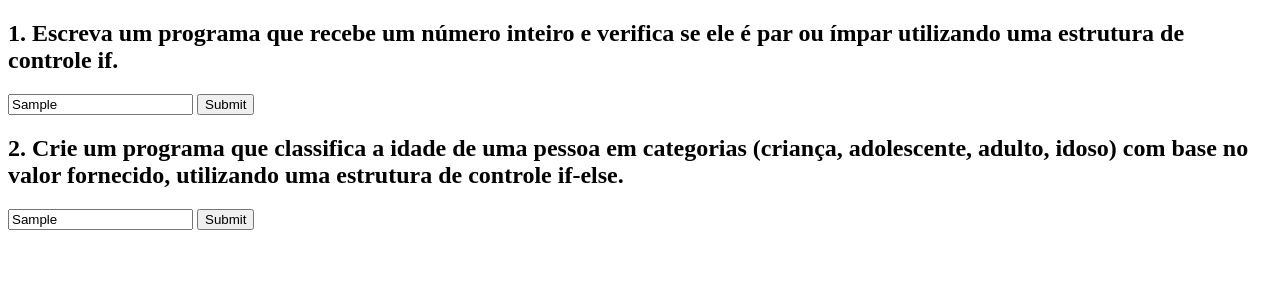
Repository: chidekina/prati-logica
Page: index.html
An editor plug-in stored every save of this project. The page is shown before and after a run of saves, followed by the edit.
The browser window is 1280 px wide. The pictures show the whole page.
Empty fields were first filled with sample values (such as "Sample", 5 or name@example.com).
After loading, the first visible `input[onclick="classificacaoEtaria()"]` was clicked once.

Above is the page before, as saved 2025-04-29 13:48:01.

### index.html
<!DOCTYPE html>
<html lang="en">
<head>
    <main>
        <meta charset="UTF-8">
        <meta name="viewport" content="width=device-width, initial-scale=1.0">
        <title>+prati - Lista de Exercicios 1</title>
    </head>
<body>
    <div>
        <h2>
            1. Escreva um programa que recebe um número inteiro e verifica se ele é par ou ímpar
utilizando uma estrutura de controle if.
    </h2>
    <div>
        <input id="task1" type="text" placeholder="Digite um numero" />
        <input type="submit" onclick="parOuImpar()">
    </div>
    <h3 id="answer1"></h3>
</div>
    <div>
        <h2>
            2. Crie um programa que classifica a idade de uma pessoa em categorias (criança,
adolescente, adulto, idoso) com base no valor fornecido, utilizando uma estrutura de
controle if-else.
    </h2>
    <div>
        <input id="task2" type="text" placeholder="Digite sua idade" />
        <input type="submit" onclick="classificacaoEtaria()">
    </div>
    <h3 id="answer2"></h3>
</div>
</main>
<script src="app.js"></script>
</body>
</html>

### app.js
function parOuImpar() {
    const task1 = document.getElementById('task1').value;
    const numero = parseInt(task1);
    let answer1 = document.getElementById('answer1');

    if (isNaN(numero)) {
        alert("Digite um número válido.");
    } else if (numero % 2 === 0) {
       answer1.innerHTML = `O número ${task1} é par`;
    } else {
        answer1.innerHTML = `O número ${task1} é ímpar`;
    }
}

function classificacaoEtaria() {
    const task2 = document.getElementById('task2').value;
    const idade = parseInt(task2);
    let classificacao;
    let answer2 = document.getElementById('answer2');

    if (idade >= 60) {
        classificacao = 'idoso';
    } else if (idade >= 20) {
        classificacao = 'adulto';
    } else if (idade >= 12) {
        classificacao = 'adolescente';
    } else {
        classificacao = 'criança';
    }

    answer2.innerHTML = ''
}

After the next 3 saves:
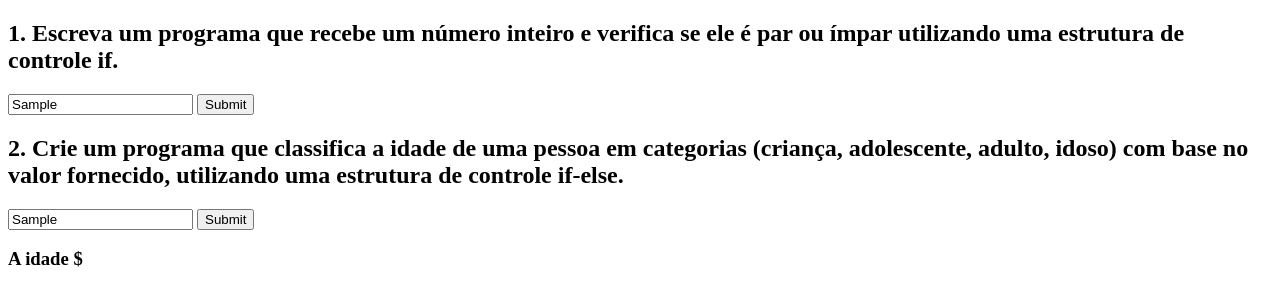
The 3 saves are shown as one change because they came seconds apart.
The last was saved 15 s later.
--- a/app.js
+++ b/app.js
@@ -28,5 +28,5 @@
         classificacao = 'criança';
     }
 
-    answer2.innerHTML = ''
+    answer2.innerHTML = 'A idade $ '
 }

After the 2 saves that followed:
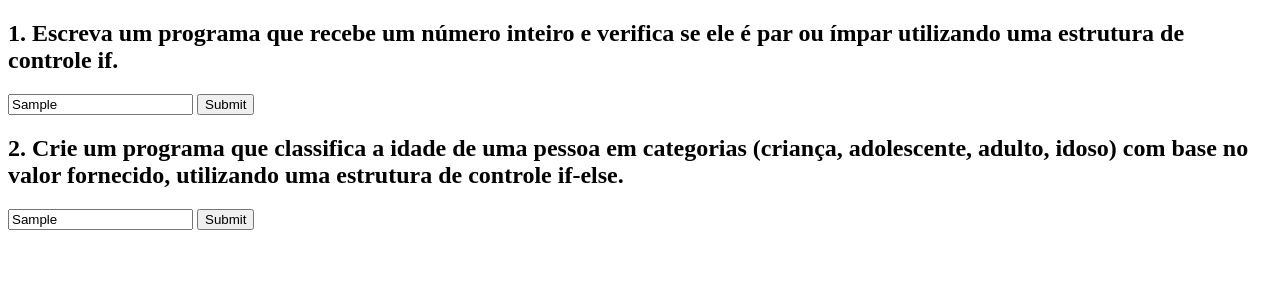
Console error: SyntaxError: Unexpected identifier 'idade'
The 2 saves are shown as one change because they came seconds apart.
The last was saved 7 s later.
--- a/app.js
+++ b/app.js
@@ -28,5 +28,5 @@
         classificacao = 'criança';
     }
 
-    answer2.innerHTML = 'A idade $ '
+    answer2.innerHTML = A idade ${}
 }
